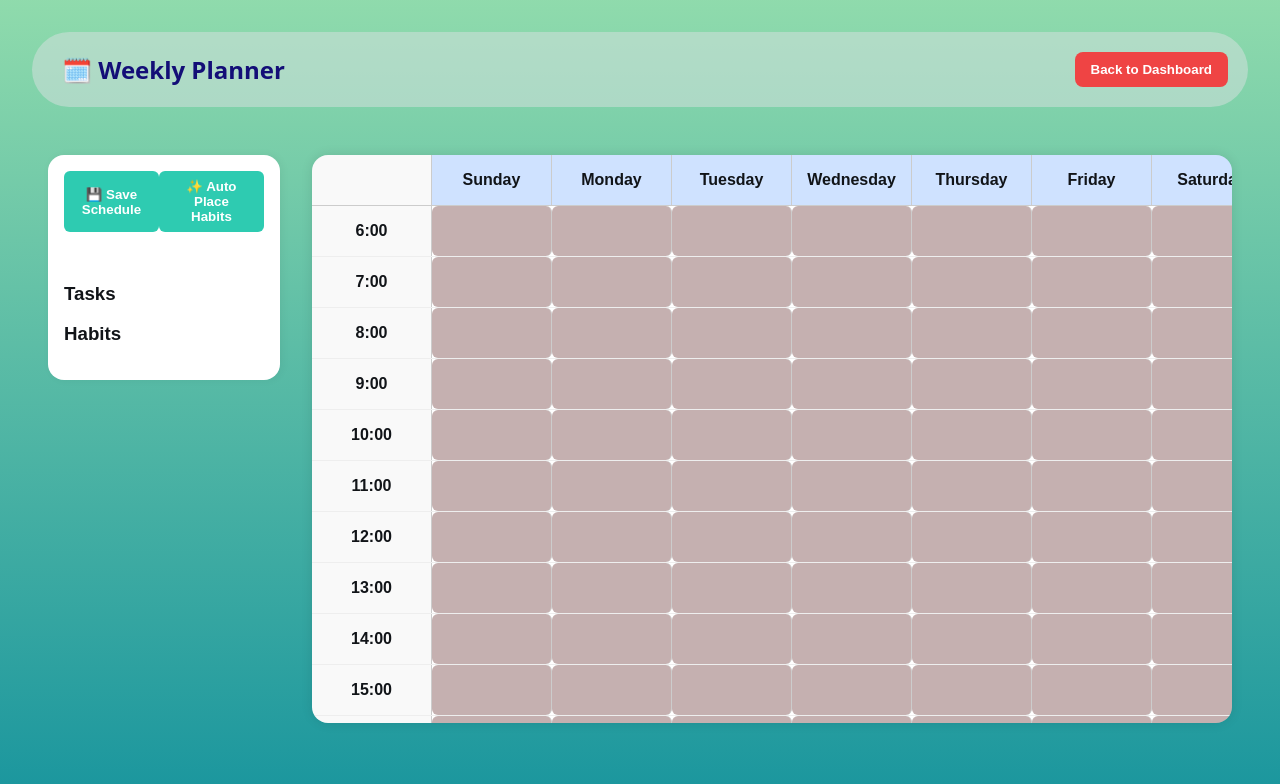
Repository: RachelB9913/smart-task-and-habit-tracker
Page: /schedule
An editor plug-in stored every save of this project. The page is shown before and after the next save, followed by the edit.
The browser window is 1280 px wide. The pictures show the whole page.
An inner scrolling area shows only its first screen. The project was rebuilt for these pictures with package versions that can differ from the ones it lists, and the page was loaded fresh each time. Also part of the build but not shown: src/components/PageWrapper.js, src/components/welcome.js, src/services/api.js, src/components/Login.js, src/components/Register.js, src/components/DashBoard.js.

Above is the page before, as saved 2025-06-23 13:41:39.

### src/App.js
import { BrowserRouter as Router, Routes, Route } from 'react-router-dom';
import Welcome from './components/welcome';
import Login from './components/Login';
import Register from './components/Register';
import Dashboard from './components/DashBoard';
import SchedulePlanner from './components/SchedulePlanner';


function App() {
  return (
    <Router>
      <Routes>
        <Route path="/" element={<Welcome />} />
        <Route path="/login" element={<Login />} />
        <Route path="/register" element={<Register />} />
        <Route path="/dashboard" element={<Dashboard />} />
        <Route path="/schedule" element={<SchedulePlanner />} />
      </Routes>
    </Router>
  );
}

export default App;

### src/App.css
form input {
  width: 100%;
  padding: 0.75rem;
  margin-bottom: 1rem;
  border: 1px solid #ddd;
  border-radius: 0.5rem;
  font-size: 1rem;
  transition: border-color 0.2s;
}

form input:focus {
  border-color: #6366f1; /* Indigo */
  outline: none;
}

form button,
.form-container button {
  width: 100%;
  padding: 0.75rem;
  font-size: 1rem;
  color: white;
  background-color: #6d6ed0; /* Indigo */
  border: none;
  border-radius: 0.5rem;
  cursor: pointer;
  transition: background-color 0.2s;
}

form button:hover,
.form-container button:hover {
  background-color: #4f46e5; /* Darker Indigo */
}

.form-container {
  max-width: 400px;
  margin: 100px auto;
  padding: 2rem;
  background-color: white;
  border-radius: 1rem;
  box-shadow: 0 8px 20px rgba(0, 0, 0, 0.1);
  text-align: center;
}

h2 {
  margin-bottom: 1.5rem;
  color: #130e77;
  font-size: 2rem;
  font-weight: 500;

}

.welcome-root {
  font-family: 'Manrope', 'Noto Sans', sans-serif;
  background: linear-gradient(to bottom, hsl(143, 51%, 71%), #1c979e);
  color: #111418;
  min-height: 100vh;
  display: flex;
  flex-direction: column;
}

.welcome-header {
  display: flex;
  justify-content: space-between;
  align-items: center;
  padding: 0rem 2rem;
  border-bottom: 1px solid #030f21;
  background-color: rgb(255, 255, 255);
}

.logo-area {
  display: flex;
  align-items: center;
  gap: 0.5rem;
}

.nav-links, .nav-actions {
  display: flex;
  gap: 1rem;
  align-items: center;
}

.nav-links a, .footer a {
  text-decoration: none;
  font-weight: 500;
  color: #111418;
}

.nav-actions button {
  padding: 0.5rem 1rem;
  border-radius: 8px;
  border: none;
  font-weight: bold;
  cursor: pointer;
}

/* top buttons */
.nav-actions button:first-child {
  background: #0c7ff2;
  color: white;
}

.nav-actions button:first-child:hover {
  background: #0361bf; /* new hover color */
  color: #e3e3e3;      /* optional: change text color on hover */
}

.nav-actions button:last-child {
  background: #f0f2f5;
  color: #111418;
}

.nav-actions button:last-child:hover {
  background: #b5b8bd; /* new hover color */
  color: #0c7ff2;      /* optional: change text color on hover */
}

.welcome-hero {
  background: transparent;
  padding: 3rem 2rem;
  text-align: center;
  color: rgb(1, 0, 9);
}

.welcome-hero h1 {
  font-size: 2.5rem;
  font-weight: 800;
}

.hero-actions {
  margin-top: 2rem;
  display: flex;
  justify-content: center;
  gap: 1rem;
}

.hero-actions button {
  padding: 0.75rem 1.5rem;
  font-weight: bold;
  border-radius: 8px;
  border: none;
  cursor: pointer;
}

/* center buttons */
.hero-actions button:first-child {
  background-color: #0c7ff2;
  color: white;
}

.hero-actions button:first-child:hover {
  background-color: #0c7ff2;
  color: white;
  border: #0d1101 1px solid;
}

.hero-actions button:last-child {
  background-color: #f0f2f5;
  color: #111418;
}

.hero-actions button:last-child:hover {
  background-color: #f0f2f5;
  color: #111418;
  border: #0d1101 1px solid;
}

.features {
  padding: 3rem 2rem;
  text-align: center;
}

.feature-cards {
  display: flex;
  gap: 1rem;
  flex-wrap: wrap;
  justify-content: center;
  margin-top: 2rem;
}

.feature-card {
  background: white;
  padding: 1.5rem;
  border-radius: 12px;
  border: 1px solid #052246;
  max-width: 300px;
  text-align: left;
  text-align: center;
  box-shadow: 0 4px 10px rgba(0, 0, 0, 0.5);

}

.footer {
  text-align: center;
  padding: 2rem;
  font-size: 1.1rem;
  color: #0d1101;
}

.register-background {
  background: linear-gradient(to left top, hsl(143, 51%, 71%), #1c979e);
  min-height: 100vh;
  display: flex;
  align-items: center;
  justify-content: center;
}

.login-background {
  background: linear-gradient(to right bottom, hsl(143, 51%, 71%), #1c979e);
  min-height: 100vh;
  display: flex;
  align-items: center;
  justify-content: center;
}

### src/components/Auth.css
.auth-container {
  max-width: 400px;
  margin: 60px auto;
  padding: 2rem;
  background-color: #f8f9fa;
  border-radius: 12px;
  box-shadow: 0 2px 10px rgba(0, 0, 0, 0.1);
}

.auth-form {
  display: flex;
  flex-direction: column;
  gap: 1rem;
}

.auth-form input {
  padding: 0.75rem;
  border-radius: 8px;
  border: 1px solid #ccc;
  font-size: 1rem;
}

.auth-form button {
  padding: 0.75rem;
  background-color: #007bff;
  color: white;
  border: none;
  border-radius: 8px;
  font-size: 1rem;
  cursor: pointer;
}

.auth-form button:hover {
  background-color: #0056b3;
}


.dashboard-header {
  display: flex;
  justify-content: flex-end;
  padding: 20px;
}

.dashboard-header button {
  padding: 10px 16px;
  background-color: #ef4444; /* red */
  color: white;
  border: none;
  border-radius: 8px;
  font-weight: bold;
  cursor: pointer;
}

.dashboard-header button:hover {
  background-color: #ad2626;
}

.button-group {
  display: flex;
  flex-direction: column;
  gap: 10px; /* Adjust the space between buttons */
}

### src/Dashboard.css
/* Dashboard.css */

.dashboard-container {
  font-family: 'Manrope', 'Noto Sans', sans-serif;
  min-height: 100vh;
  padding: 2rem;
  transition: background-color 0.3s ease;
  color: #111418;
}

.dashboard-container.light {
  background: linear-gradient(to bottom, hsl(143, 51%, 71%), #1c979e);
}

.dashboard-header {
  display: flex;
  justify-content: space-between;
  align-items: center;
  padding: 20px;
  background-color: rgba(218, 226, 226, 0.5);
  color: #031d3e;
  border-radius: 3rem;
  margin-bottom: 2rem;
}

.header-left {
  display: flex;
  align-items: center;
  justify-content: flex-start;
  flex: 1; /* allows the left side to take up space */
}

.header-left h2 {
  margin: 0;
  padding-left: 10px;
  font-weight: 700;
  font-size: 1.5rem;
}

.toggle-button,
.bg-toggle {
  padding: 0.6rem 1.2rem;
  font-weight: bold;
  border-radius: 8px;
  border: none;
  cursor: pointer;
  font-size: 1rem;
  background-color: #0c7ff2;
  color: white;
  transition: background-color 0.2s ease;
}

.toggle-button:hover,
.bg-toggle:hover {
  background-color: #035fd0;
}

.add-button {
  width: 30px;
  height: 30px;
  border-radius: 50%;
  font-size: 20px;
  background-color: hsl(211, 69%, 59%);
  color: white;
  border: none;
  cursor: pointer;
  transition: background-color 0.3s ease;
}

.add-button:hover {
  background-color: #0056b3;
}

.toggle-button {
  display: block;
  margin: 1rem auto;
}

.task-section,
.habit-section {
  background-color: white;
  color: #111418;
  max-width: 650px;
  margin: 1rem auto;
  padding: 1rem 1.5rem;
  border-radius: 1rem;
  box-shadow: 0 6px 12px rgba(120, 8, 226, 0.1);
}

.task-section ul,
.habit-section ul {
  list-style-type: none;
  padding: 0;
}

.task-section li,
.habit-section li {
  padding: 0.5rem 0;
  border-bottom: 1px solid #ddd;
}

.task-section li:last-child,
.habit-section li:last-child {
  border-bottom: none;
}

h1 {
  text-align: center;
  font-size: 2rem;
  margin-bottom: 2rem;
  color: #031d3e;
  font-weight: 1000;
}

.logout-button {
  background-color: #e74c3c;
  color: white;
  border: none;
  padding: 8px 12px;
  border-radius: 5px;
  cursor: pointer;
}

.logout-button:hover {
  background-color: #c0392b;
}

.form-popup-overlay {
  position: fixed;
  top: 0;
  left: 0;
  height: 100vh;
  width: 100vw;
  background: rgba(0, 0, 0, 0.3);
  display: flex;
  align-items: center;
  justify-content: center;
  z-index: 999;
}

.form-popup {
  background: white;
  padding: 2rem;
  border-radius: 1rem;
  box-shadow: 0 0 20px rgba(0,0,0,0.2);
  display: flex;
  flex-direction: column;
  gap: 1rem;
  width: 300px;
}

.task-item {
  padding: 0.5rem 0;
  border-bottom: 1px solid #ddd;
}

.task-content {
  display: flex;
  align-items: flex-start;
}

.task-content input[type="checkbox"] {
  margin-top: 0.7rem;
  margin-left: 0.9rem;
  transform: scale(1.2);
  cursor: pointer;
}

.task-details {
  flex: 1;
  padding: 0.5rem 0.75rem; /* ← Add this for internal spacing */
  border-radius: 0.5rem;
}

.task-done {
  opacity: 0.5;
  text-decoration: line-through;
}

.task-item {
  background-color: white;
  margin-bottom: 0.5rem;
  border-radius: 0.5rem;
  box-shadow: 0 1px 3px rgba(0,0,0,0.1);
  transition: transform 0.2s ease;
}

.task-actions {
  display: flex;
  flex-direction: column;
  gap: 0.3rem;
}

.edit-button, .delete-button {
  background: none;
  border: black;
  border-radius: 0.5rem;
  cursor: pointer;
  font-size: 1rem;
  transition: color 0.2s;
}

.edit-button:hover {
  color: #0a58ca;
}

.delete-button:hover {
  color: #dc3545;
}

.task-section li strong,
.habit-section li strong {
  font-weight: 700;
  font-size: 1rem;
  color: #031d3e;
}

.task-section li em,
.habit-section li em {
  font-style: italic;
  color: #555;
}

.task-section li,
.habit-section li {
  font-family: 'Manrope', 'Noto Sans', sans-serif;
  font-size: 0.95rem;
  font-weight: lighter;
}

### src/components/SchedulePlanner.css
.planner-container {
  display: flex;
  height: calc(100vh - 120px); /* adjusted for header */
  font-family: 'Manrope', sans-serif;
}

.task-sidebar {
  width: 200px;
  background: white;
  padding: 1rem;
  box-shadow: 2px 0 8px rgba(0,0,0,0.05);
  border-radius: 1rem;
  margin: 1rem;
  height: fit-content;
}

.task-item {
  background: hsl(210, 34%, 76%);
  color: #031d3e;
  margin: 0.5rem 0;
  padding: 0.6rem;
  border-radius: 10px;
  font-weight: 600;
  box-shadow: 0 2px 4px rgba(0,0,0,0.1);
}

.calendar-grid {
  flex: 1;
  overflow: auto;
  margin: 1rem;
  border-radius: 1rem;
  background: white;
  box-shadow: 0 0 12px rgba(0, 0, 0, 0.1);
  max-width: calc(80px + 7.5 * 120px); /* 1 hour column + 7 days */

}

.grid-header {
  display: flex;
  background: #cfe2ff;
  font-weight: bold;
  border-bottom: 1px solid #ccc;
}

.grid-body .row {
  display: flex;
  border-bottom: 1px solid #eee;
}

.cell {
  width: 120px;
  height: 50px;
  min-width: 120px;
  min-height: 50px;
  max-width: 120px;
  max-height: 50px;
  overflow: hidden;
  border-right: 1px solid #ccc;
  box-sizing: border-box;
  padding: 0.5rem;
}

.hour-cell {
  background: #f9f9f9;
  width: 80px;
  font-weight: bold;
  display: flex;
  align-items: center;
  justify-content: center;
  border-right: 1px solid #ccc;
  height: 50px; /* same as .day-cell and .time-slot */
}

.time-slot {
  background-color: #c5b0b0;
  border-radius: 6px;
  height: 50px;
  display: flex;
  justify-content: center;
  align-items: center;
  padding: 0;
}

.time-slot:hover {
  background-color: #e7f5ff;
  cursor: pointer;
}

.day-cell {
  display: flex;
  align-items: center;
  justify-content: center;
  text-align: center;
  background: #cfe2ff;
  border-right: 1px solid #ccc;
  height: 50px; /* ensure consistent cell height */
  font-weight: 600;
}

.scheduled-task {
  background-color: #a8dadc;
  padding: 2px 10px;
  border-radius: 6px;
  font-weight: 500;
  font-size: 0.8rem;
  text-align: center;
  display: flexbox;
  justify-content: space-between;
  align-items: center;
  overflow: hidden;
  text-overflow: ellipsis;
}

.remove-btn {
  background: none;
  border: none;
  color: #d00000;
  font-size: 0.8rem;
  cursor: pointer;
  margin-left: 0.5rem;
}

.grayed-out {
  opacity: 0.5;
  pointer-events: none;
}

.save-button {
  margin-bottom: 1rem;
  padding: 0.5rem 1rem;
  background-color: #2ecbb1;
  color: white;
  border: none;
  border-radius: 6px;
  font-weight: bold;
  cursor: pointer;
  transition: background-color 0.2s ease;
}

.save-button:hover {
  background-color: #137969;
}

.save-button-container {
  display: flex;
  justify-content: center;
  margin-bottom: 1rem;
}

.done-task {
  background-color: #90ee90; /* light green for done tasks */
}

.mark-done-btn {
  background: none;
  border: none;
  color: green;
  font-size: 1rem;
  cursor: pointer;
  margin-left: 0.5rem;
}

Loaded but not shown: public/index.html (common file); src/index.js (common file); src/index.css (common file); src/reportWebVitals.js (common file); src/components/SchedulePlanner.js (396 lines, source omitted)

After the next save:
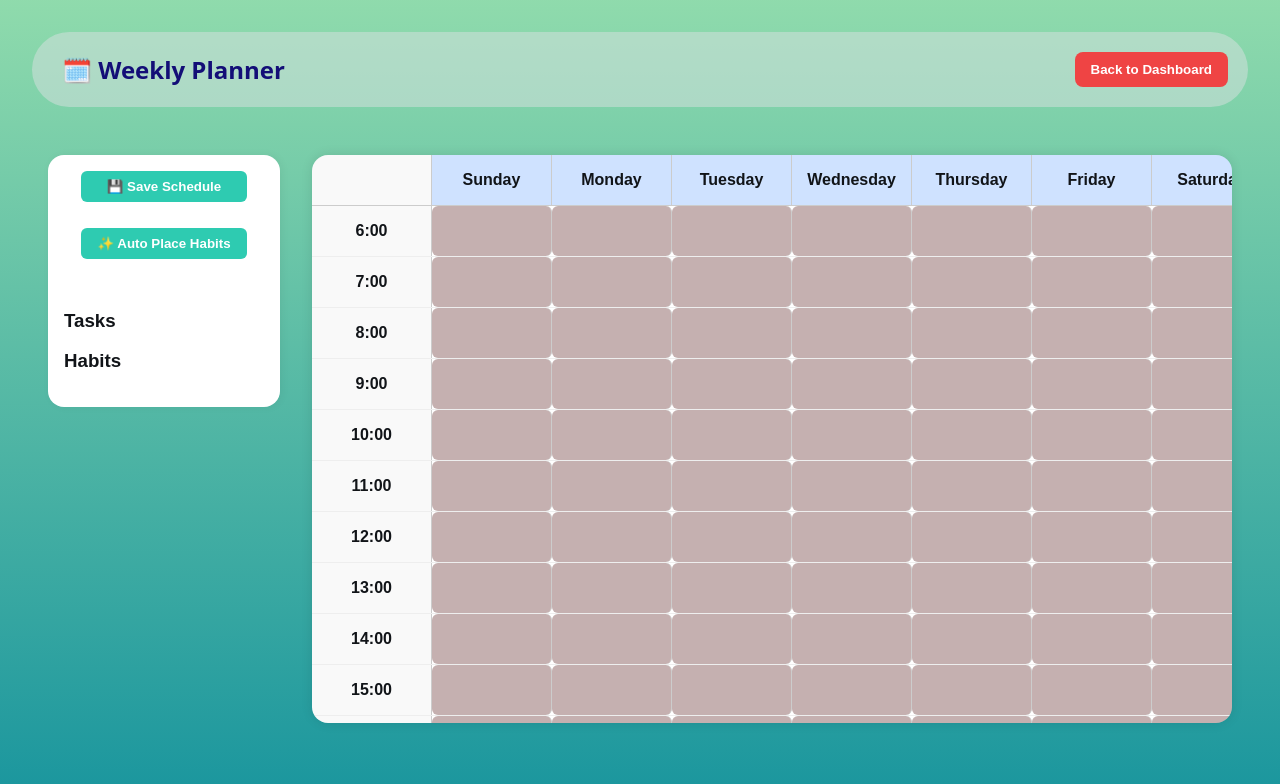
Saved 12 s later.
--- a/src/components/SchedulePlanner.css
+++ b/src/components/SchedulePlanner.css
@@ -159,3 +159,9 @@
   cursor: pointer;
   margin-left: 0.5rem;
 }
+
+.vertical-buttons {
+  display: flex;
+  flex-direction: column;
+  gap: 10px;
+}
